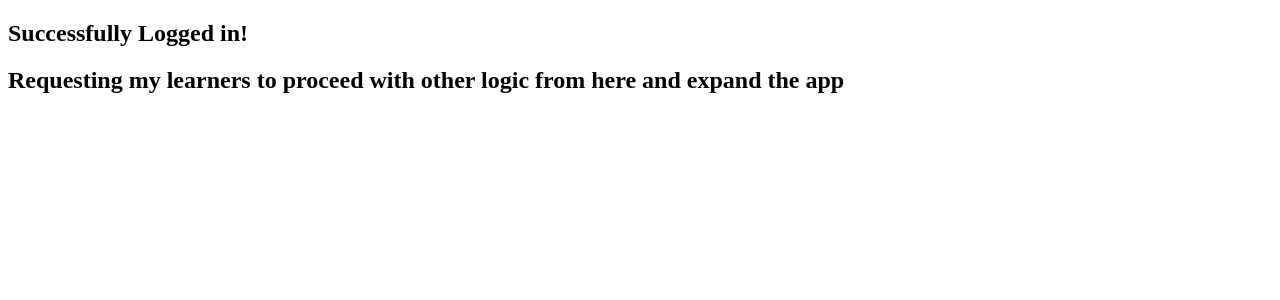
Repository: sultanaNargis03/IndustryReadyJavaSpringBoot
Page: http://localhost/Learningportal/loginfail.jsp
The author's editor kept a copy of each file at every save. The page is drawn from the files as they stood at one save, then again after the next save.
The browser window is 1280 px wide. The pictures show the whole page.
The page is served by Tomcat 9.

Above is the page before, as saved 2023-12-07 13:17:57.

After the next save:
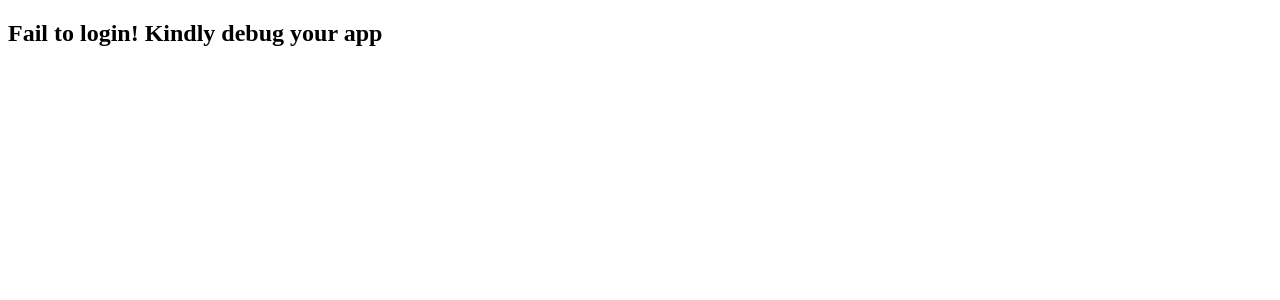
Saved 3 min 38 s later.
--- a/Servlet/workspace/Learningportal/src/main/webapp/loginfail.jsp
+++ b/Servlet/workspace/Learningportal/src/main/webapp/loginfail.jsp
@@ -4,10 +4,10 @@
 <html>
 <head>
 <meta charset="ISO-8859-1">
-<title>Login success</title>
+<title>fail to logged in</title>
 </head>
 <body>
-<h2>Successfully Logged in!</h2>
-<h2>Requesting my learners to proceed with other logic from here  and expand the app</h2>
+<h2>Fail to login! Kindly debug your app</h2>
+
 </body>
 </html>
